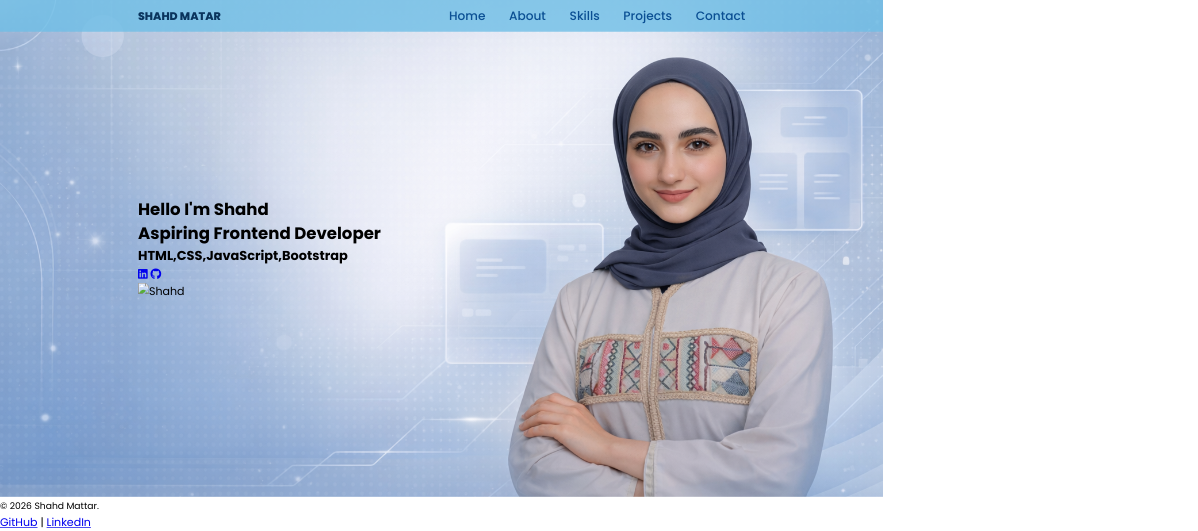
Repository: shahdmattar/personal-landing-page
Page: index.html
The author's editor kept a copy of each file at every save. The page is drawn from the files as they stood at one save, then again after a run of saves.
The browser window is 1280 px wide. The page is 1280 px wide, then 1736 px, so the pictures cover 1736 px, including what lies to the right of the window. The pictures show the whole page, at 69% of full size.
Backgrounds fixed to the window are drawn as part of the page.

Above is the page before, as saved 2026-04-15 02:18:38.
Not found: images/girl.png

After the next 3 saves:
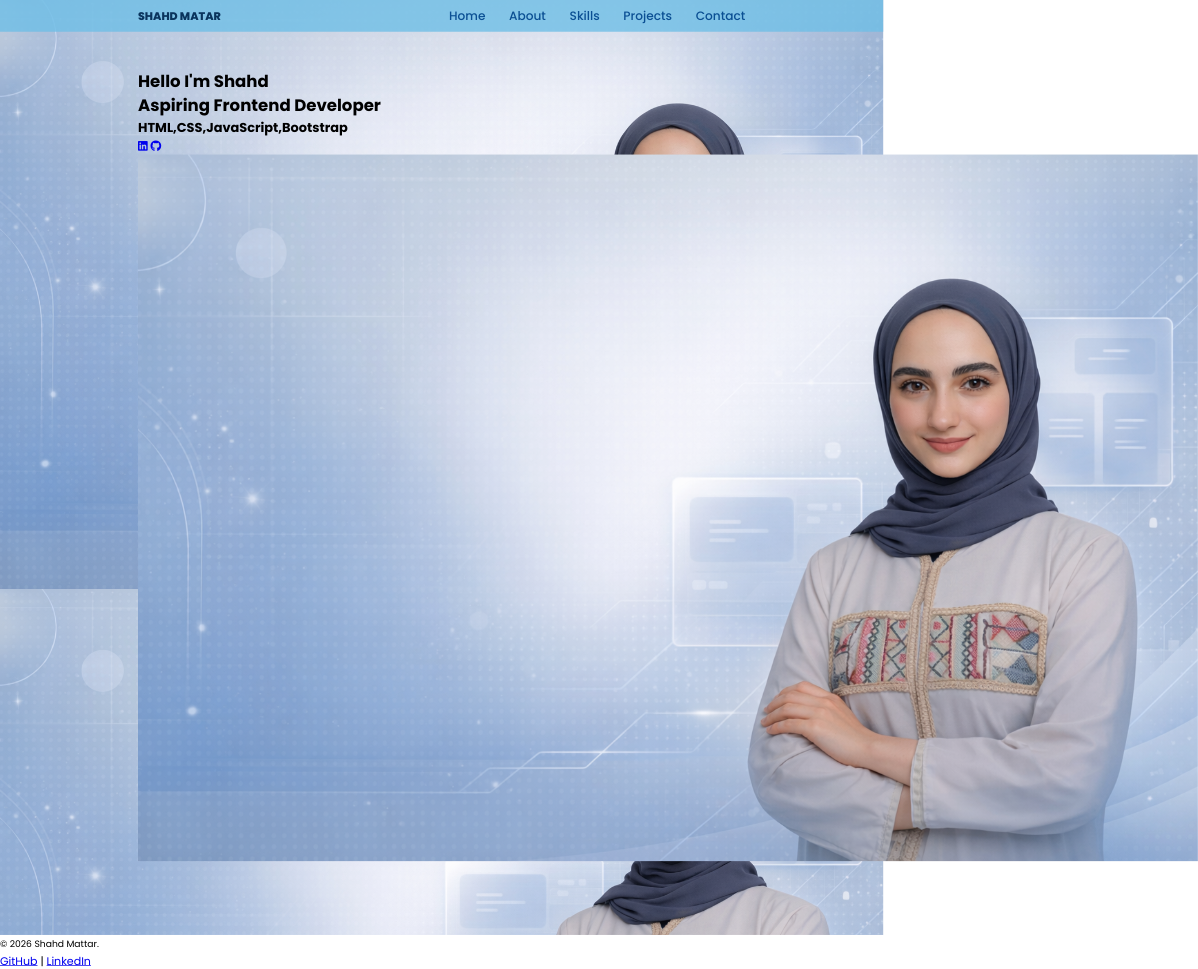
The 3 saves are shown as one change because they came seconds apart.
The last was saved 14 s later.
--- a/index.html
+++ b/index.html
@@ -38,7 +38,7 @@
             <a href="https://github.com/shahdmattar"><i class="fab fa-github"></i></a>
           </div>
           <div class="main-image">
-              <img src="images/girl.png" alt="Shahd">
+              <img src="images/background.png" alt="Shahd">
           </div>
         </div>
 
